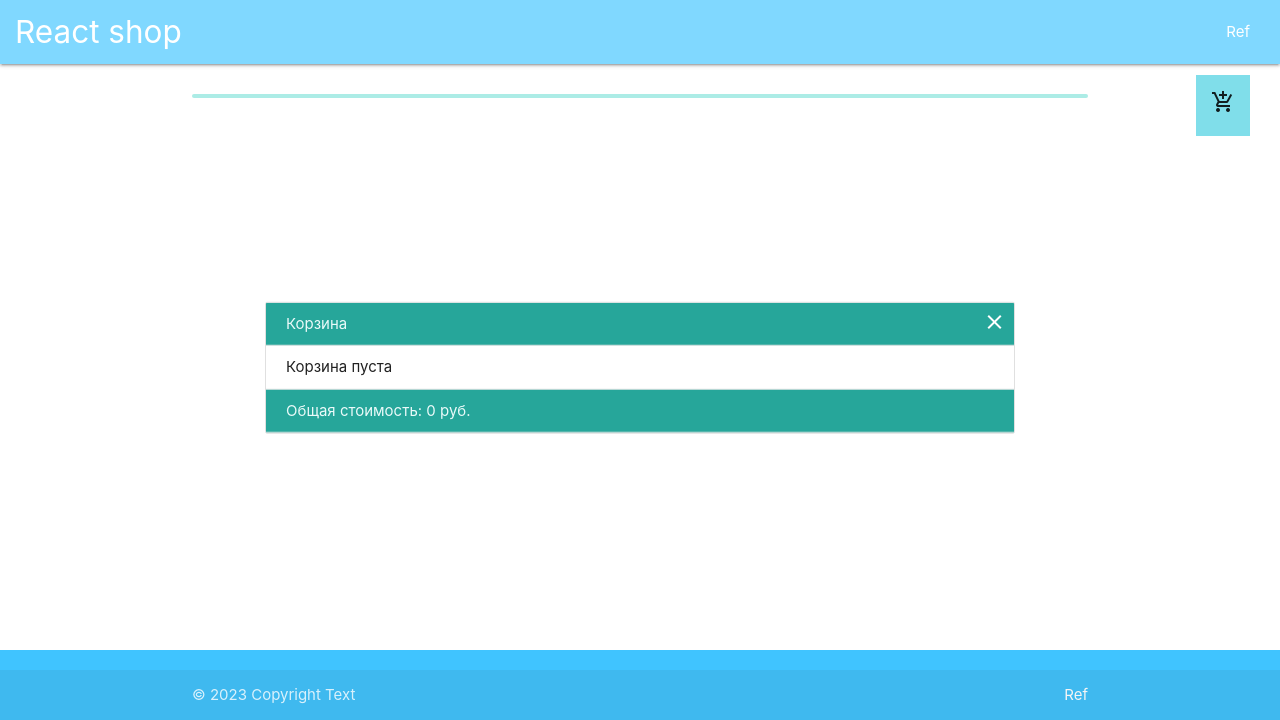
Repository: qui-qui-qui/online-shop
Page: /, after clicking the first element matching `div.cart`
The author's editor kept a copy of each file at every save. The page is drawn from the files as they stood at one save, then again after the next save.
The browser window is 1280 px wide. The pictures show the whole page.
The page's requests for data from a server got no answer. The project was rebuilt for these pictures with package versions that can differ from the ones it lists, and the page was loaded fresh each time. No one was signed in, and anything a server would have sent is missing. Also part of the build but not shown: src/components/GoodsItem.jsx, src/components/GoodsList.jsx, src/components/BasketItem.jsx.

Above is the page before, as saved 2023-01-07 18:31:04.

After the next save:
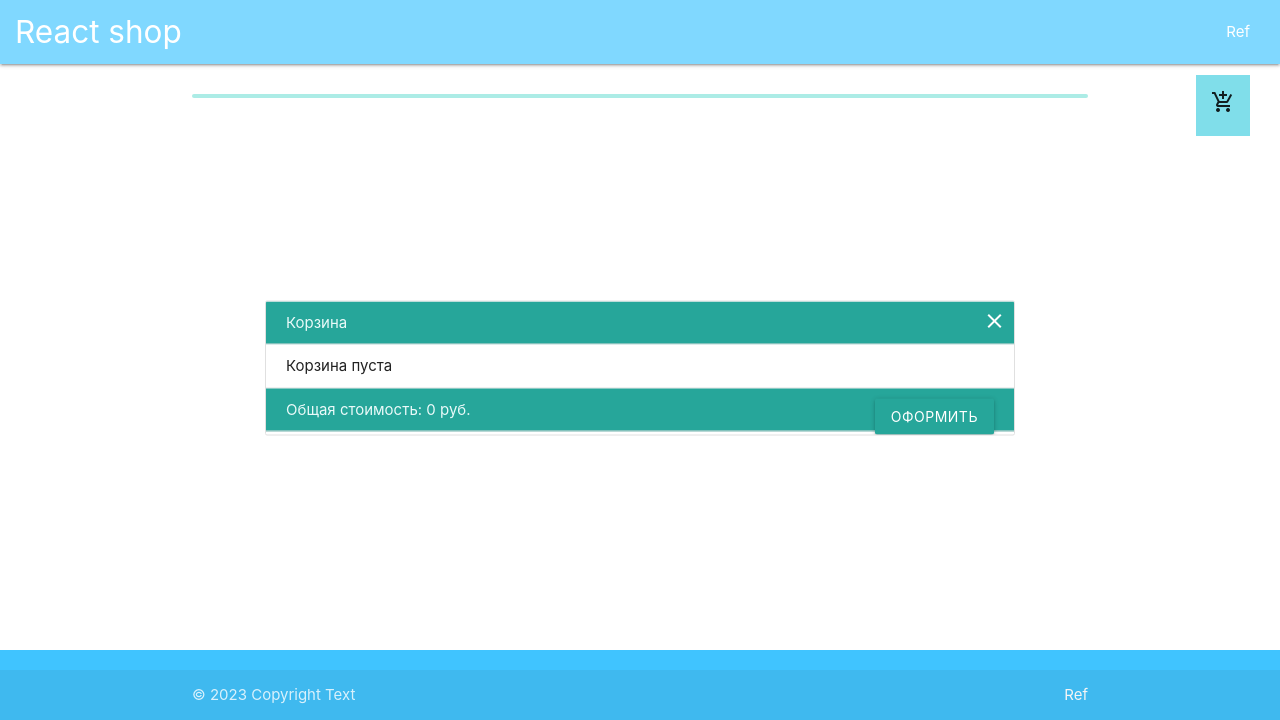
Saved 58 min 13 s later.
--- a/src/components/BasketList.jsx
+++ b/src/components/BasketList.jsx
@@ -29,7 +29,10 @@ function BasketList(props) {
       ) : (
         <li className="collection-item">Корзина пуста</li>
       )}
-      <li className="collection-item active">Общая стоимость: {totalPrice} руб.</li>
+      <li className="collection-item active">
+        Общая стоимость: {totalPrice} руб.
+        <button className="secondary-content btn">Оформить</button>
+      </li>
       <i className="material-icons basket-close" onClick={handleBasketShow}>
         close
       </i>
